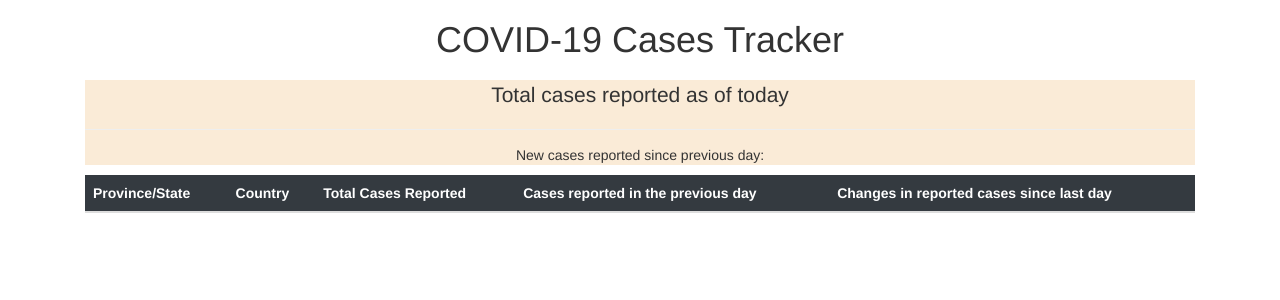
Repository: kimjuneyoung5/Bootcamp-Java
Page: http://localhost/CovidTrackingApp/WEB-INF/cases.jsp
These files come from the project's save history. The page is drawn as it stood at one moment and after the next save; the edit follows.
The browser window is 1280 px wide. The pictures show the whole page.
The page is served by Tomcat 9. Nobody is signed in. The template is opened directly, without the code that normally fills it, so the values that code supplies are empty.

Above is the page before, as saved 2021-10-02 03:26:43.

After the next save:
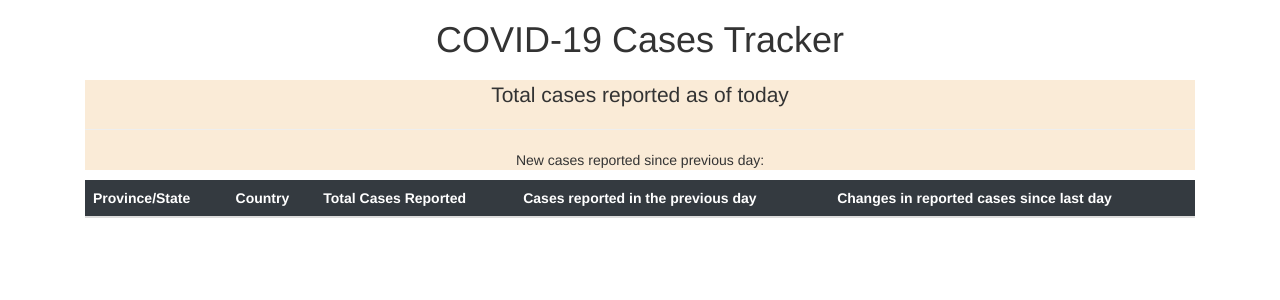
Saved 12 s later.
--- a/oop/CovidTrackingApp/src/main/webapp/WEB-INF/cases.jsp
+++ b/oop/CovidTrackingApp/src/main/webapp/WEB-INF/cases.jsp
@@ -25,6 +25,9 @@
     	.display{
     		line-height:1.2;
     	}
+    	.line{
+    		margin-top:1.5rem!important;
+    	}
     </style>
 </head>
 
@@ -35,7 +38,7 @@
 <div class="container1">
     <h1 class="display"><c:out value="${totalReportedCases}"/></h1>
     <p class="lead">Total cases reported as of today</p>
-    <hr class="my-4">
+    <hr class="line">
     <p>
         <span>New cases reported since previous day:</span>
         <span><c:out value="${totalNewCases}" /></span>
